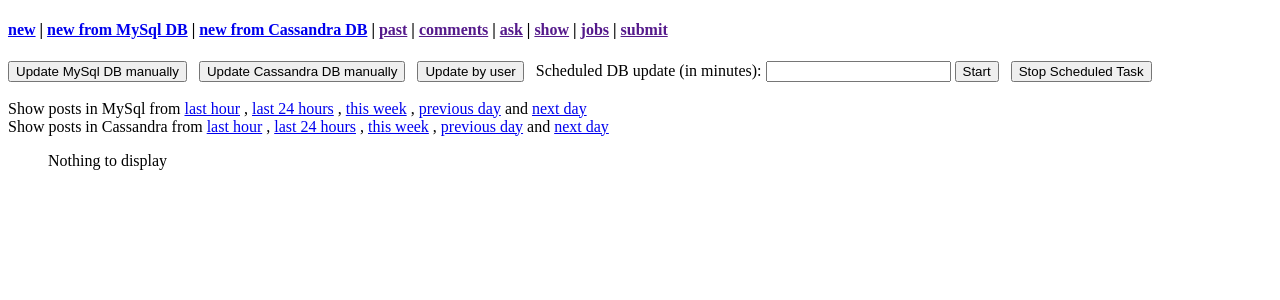
Repository: akshatmaheshwar/HackerNews-Clone
Page: http://localhost/HackerNews/dbnewest
The author's editor kept a copy of each file at every save. The page is drawn from the files as they stood at one save, then again after the next save.
The browser window is 1280 px wide. The pictures show the whole page.
The page is served by Tomcat 10. Other server files are loaded and not shown. Queries for data that is not in the repository find no rows.

Above is the page before, as saved 2023-10-19 04:42:47.

### HackerNews/src/main/webapp/newest.jsp
<%@ page language="java" contentType="text/html; charset=ISO-8859-1"
    pageEncoding="ISO-8859-1"%>
    <%@ page import="java.util.ArrayList" %>
    <%@ page import="java.util.Iterator" %>
    <%@ page import="java.net.URI" %>
    <%@ page import="java.util.Calendar"%>
    <%@ page import="com.example.newest.Posts" %>
<!DOCTYPE html>
<html>
<head>
<meta charset="ISO-8859-1">
<title>Hacker News</title>
</head>
<body>
<%!
String timeDiff(Long timeStamp){
	long epoch = System.currentTimeMillis()/1000;
	long difference = epoch - timeStamp;
	if(difference/86400>0)return (difference/86400) + " days ago";
	if(difference/3600>0) return (difference/3600) + " hours ago";
	if (difference/60>0) return (difference/60) + " minutes ago";
	return (difference) + " seconds ago";
}
String getDomainName(String url){
	URI uri;
	try{
		uri = new URI(url);
		String host = uri.getHost();
		String domainName = host.startsWith("www.") ? host.substring(4) : host;
		return "(" + domainName + ")";
	}catch(Exception e){

	}
	return "";
}
long getTimeStampLastHour(){
	Calendar c = Calendar.getInstance();
	c.setTimeInMillis(System.currentTimeMillis());
	c.add(Calendar.HOUR_OF_DAY,-1);
	return c.getTimeInMillis()/1000;
}
long getTimeStampLast24Hour(){
	Calendar c = Calendar.getInstance();
	c.setTimeInMillis(System.currentTimeMillis());
	c.add(Calendar.DAY_OF_MONTH,-1);
	return c.getTimeInMillis()/1000;
}
long getTimeStampThisWeek(){
	Calendar c = Calendar.getInstance();
	c.setTimeInMillis(System.currentTimeMillis());
    int daysUntilSunday = Calendar.SUNDAY - c.get(Calendar.DAY_OF_WEEK);
    daysUntilSunday = daysUntilSunday>0? daysUntilSunday - 7:daysUntilSunday;
    c.add(Calendar.DAY_OF_MONTH, daysUntilSunday);
    c.set(Calendar.HOUR_OF_DAY, 0);
    c.set(Calendar.MINUTE, 0);
    c.set(Calendar.SECOND, 0);
    c.set(Calendar.MILLISECOND, 0);
	return c.getTimeInMillis()/1000;
}
long getMidNight(int n){
	Calendar c = Calendar.getInstance();
	c.setTimeInMillis(System.currentTimeMillis());
	c.add(Calendar.DAY_OF_MONTH, n);
    c.set(Calendar.HOUR_OF_DAY, 0);
    c.set(Calendar.MINUTE, 0);
    c.set(Calendar.SECOND, 0);
    c.set(Calendar.MILLISECOND, 0);
	return c.getTimeInMillis()/1000;
}
%>
<h4> <a href ="newest">new</a>&nbsp;|&nbsp;<a href ="dbnewest">new from MySql DB</a>&nbsp;|&nbsp;<a href ="casdbnewest">new from Cassandra DB</a>&nbsp;|&nbsp;<a href ="">past</a>&nbsp;|&nbsp;<a href ="">comments</a>&nbsp;|&nbsp;<a href ="">ask</a>&nbsp;|&nbsp;<a href ="">show</a>&nbsp;|&nbsp;<a href ="">jobs</a>&nbsp;|&nbsp;<a href ="">submit</a></h4>
<% int startNo = 1;
int dateNav = 0;
String user = null;
if(request.getAttribute("pagination")!=null)startNo = (int)request.getAttribute("pagination")-29;
if(request.getAttribute("datenav")!=null)dateNav = (int)request.getAttribute("datenav");
if(request.getAttribute("user")!=null) user = (String)request.getAttribute("user");%>
	<div style="display: flex;">
	<form action="dbnewest" method="post"><input type="submit" value="Update MySql DB manually"></form> &nbsp; &nbsp;
	<form action="casdbnewest" method="post"><input type="submit" value="Update Cassandra DB manually"></form> &nbsp; &nbsp;
	<form action="casdbbasedonuser?user=<%=user%>" method="post"><input type="submit" value="Update by user"></form> &nbsp; &nbsp;
	<form action="scheduledservlet" method="post">
        Scheduled DB update (in minutes): <input type="text" name="intervalMinutes" required>
        <input type="submit" value="Start">
    </form> &nbsp; &nbsp;
    <form action="stopscheduledservlet" method="post"><input type="submit" value="Stop Scheduled Task"></form></div>

    <br>
    <div>Show posts in MySql from <a href = "dbnewest?fromtime=<%=getTimeStampLastHour()%>">last hour</a> , <a href = "dbnewest?fromtime=<%=getTimeStampLast24Hour()%>">last 24 hours</a> , <a href = "dbnewest?fromtime=<%=getTimeStampThisWeek()%>">this week</a> , <a href = "dbnewest?fromtime=<%=getMidNight(dateNav-1)%>&totime=<%=getMidNight(dateNav)%>&datenav=<%=dateNav-1%>">previous day</a> and <a href = "dbnewest?fromtime=<%=getMidNight(dateNav+1)%>&totime=<%=getMidNight(dateNav+2)%>&datenav=<%=dateNav+1%>">next day</a></div>
    <div>Show posts in Cassandra from <a href = "casdbnewest?fromtime=<%=getTimeStampLastHour()%>">last hour</a> , <a href = "casdbnewest?fromtime=<%=getTimeStampLast24Hour()%>">last 24 hours</a> , <a href = "casdbnewest?fromtime=<%=getTimeStampThisWeek()%>">this week</a> , <a href = "casdbnewest?fromtime=<%=getMidNight(dateNav-1)%>&totime=<%=getMidNight(dateNav)%>&datenav=<%=dateNav-1%>">previous day</a> and <a href = "casdbnewest?fromtime=<%=getMidNight(dateNav+1)%>&totime=<%=getMidNight(dateNav+2)%>&datenav=<%=dateNav+1%>">next day</a></div>
<ol start = <%=startNo%>>
     <%
    ArrayList<Posts> postList = (ArrayList<Posts>)request.getAttribute("postList");

    if (postList != null&&!postList.isEmpty()) {
        Iterator<Posts> iterator = postList.iterator();
        while (iterator.hasNext()) {
            Posts item = iterator.next();
%>
            <li><span><a href ="<%=item.getUrl()%>"><%= item.getTitle() %></a> <%= getDomainName(item.getUrl())%> </span>
            <p><%=item.getScore()%> point &nbsp; Posted by <%=item.getBy() %> &nbsp; <%= timeDiff(item.getTime()) %><%if(item.getKids()!=null&&item.getKids().size()>0){%> &nbsp; <a href = "postcomments?postId=<%=item.getId()%>"> <%=item.getKids().size()%> comments</a><%}%></p></li>
<%
        }
    }else{%>
    <p>Nothing to display</p>
    <%
    }%>
</ol>
<%if(request.getAttribute("pagination")!=null&&postList!=null&&!postList.isEmpty()){%> <a href = "dbnewest?<%if(request.getAttribute("fromtime")!=null){%>fromtime=<%=request.getAttribute("fromtime")%>&<%}%><%if(request.getAttribute("totime")!=null){%>totime=<%=request.getAttribute("totime")%>&<%}%><%if(dateNav!=0){%>datenav=<%=dateNav%>&<%}%>pagination=${pagination}"> More</a><%} %>
</body>
</html>

### HackerNews/src/main/java/com/example/newest/DBNewestServlet.java
package com.example.newest;

import jakarta.servlet.ServletException;
import jakarta.servlet.annotation.WebServlet;
import jakarta.servlet.http.HttpServlet;
import jakarta.servlet.http.HttpServletRequest;
import jakarta.servlet.http.HttpServletResponse;
import java.io.IOException;
import java.math.BigDecimal;
import java.net.URL;
import java.sql.Connection;
import java.sql.DriverManager;
import java.sql.PreparedStatement;
import java.sql.ResultSet;
import java.sql.SQLException;
import java.sql.Statement;
import java.sql.Timestamp;
import java.time.Instant;
import java.util.ArrayList;
import java.util.List;
import java.util.Scanner;

import javax.net.ssl.HttpsURLConnection;

import com.fasterxml.jackson.databind.ObjectMapper;
@WebServlet("/dbnewest")
public class DBNewestServlet extends HttpServlet {
	private static final long serialVersionUID = 1L;

    public DBNewestServlet() {
        super();
    }
	protected void doGet(HttpServletRequest request, HttpServletResponse response) throws ServletException, IOException {
		int pagination = 0;
		long fromTime = 0;
		long toTime = System.currentTimeMillis()/1000;
		int dateNav = 0;
		if(request.getParameter("pagination")!=null)pagination = Integer.parseInt(request.getParameter("pagination"));
		if(request.getParameter("fromtime")!=null) {
			fromTime = Long.parseLong(request.getParameter("fromtime"));
			request.setAttribute("fromtime", fromTime);
		}
		if(request.getParameter("totime")!=null) {
			toTime = Long.parseLong(request.getParameter("totime"));
			request.setAttribute("totime", toTime);
		}
		if(request.getParameter("datenav")!=null)dateNav = Integer.parseInt(request.getParameter("datenav"));
	    try {
			Class.forName("com.mysql.cj.jdbc.Driver");
		} catch (ClassNotFoundException e) {
			e.printStackTrace();
		}
	    try(Connection con = DriverManager.getConnection("jdbc:mysql://localhost:3306/HackerNews","root","root")){
	    	Statement st = con.createStatement();
	    	ResultSet rs = st.executeQuery("SELECT * FROM HackerNewsPost WHERE time BETWEEN "+fromTime+" AND "+toTime+" ORDER BY time DESC LIMIT 30 OFFSET " + pagination );
	    	List<Posts> postList = new ArrayList<Posts>();
	    	while(rs.next()) {
	    		Posts post = new Posts();
	    		List<Integer> kidsId = new ArrayList<>();

	            try (Statement st1 = con.createStatement();
	                 ResultSet rs1 = st1.executeQuery("SELECT id FROM HackerNewsComments WHERE parent_id = " + rs.getInt("id"))) {

	                while (rs1.next()) {
	                    kidsId.add(rs1.getInt("id"));
	                }
	            }
	    		post.setKids(kidsId);
	    		post.setId(rs.getInt("id"));
	    		post.setBy(rs.getString("posted_by"));
	    		post.setDescendants(rs.getInt("descendants"));
	    		post.setScore(rs.getInt("score"));
	    		post.setText(rs.getString("text"));
	    		post.setTime(rs.getLong("time"));
	    		post.setTitle(rs.getString("title"));
	    		post.setType(rs.getString("type"));
	    		post.setUrl(rs.getString("url"));
	    		postList.add(post);
	    	}
	    	request.setAttribute("postList", postList);
	    }catch(Exception e) {e.printStackTrace();}
	    request.setAttribute("pagination", pagination+30);
	    request.setAttribute("datenav", dateNav);
        request.getRequestDispatcher("/newest.jsp").forward(request, response);

	}

	protected void doPost(HttpServletRequest request, HttpServletResponse response) throws ServletException, IOException {

		URL urlObj = new URL("https://hacker-news.firebaseio.com/v0/newstories.json?print=pretty");
		HttpsURLConnection connection = (HttpsURLConnection) urlObj.openConnection();
		connection.setRequestMethod("GET");
		int responseCode = connection.getResponseCode();

		if(responseCode == HttpsURLConnection.HTTP_OK) {
			StringBuilder sb = new StringBuilder();
			Scanner sc = new Scanner(connection.getInputStream());

			while(sc.hasNext())sb.append(sc.nextLine());
			sc.close();

			ObjectMapper om = new ObjectMapper();
			@SuppressWarnings("unchecked")
			List<Integer> jsonArr = om.readValue(sb.toString(),List.class);
			List<Posts> postList = new ArrayList<Posts>();

			for(int i=0;i<30;i++) {
				URL urlObj1 = new URL("https://hacker-news.firebaseio.com/v0/item/"+jsonArr.get(i)+".json?print=pretty");
				HttpsURLConnection connection1 = (HttpsURLConnection) urlObj1.openConnection();
				connection1.setRequestMethod("GET");
				int responseCode1 = connection1.getResponseCode();

				if(responseCode1 == HttpsURLConnection.HTTP_OK) {
					StringBuilder sb1 = new StringBuilder();
					Scanner sc1 = new Scanner(connection1.getInputStream());

					while(sc1.hasNext())sb1.append(sc1.nextLine());
					sc1.close();

					ObjectMapper om1 = new ObjectMapper();
					try{
						Posts post = om1.readValue(sb1.toString(),Posts.class);
						postList.add(post);
					}catch(Exception e) {
						System.out.println(e);
					}
				}
			}
			try {
			    Class.forName("com.mysql.cj.jdbc.Driver");
			} catch (ClassNotFoundException e) {
			    e.printStackTrace();
			}
			try(Connection con = DriverManager.getConnection("jdbc:mysql://localhost:3306/HackerNews","root","root")){
				try(PreparedStatement pst = con.prepareStatement("INSERT IGNORE INTO HackerNewsPost(id,posted_by,descendants,score,text,time,title,type,url) values(?,?,?,?,?,?,?,?,?)")){
					for(Posts post : postList) {
						pst.setInt(1, post.getId());
						pst.setString(2, post.getBy());
						pst.setInt(3, post.getDescendants());
						pst.setInt(4, post.getScore());
						pst.setString(5, post.getText());
						pst.setBigDecimal(6, new BigDecimal(post.getTime()));
						pst.setString(7,post.getTitle());
						pst.setString(8, post.getType());
						pst.setString(9,post.getUrl());
						pst.executeUpdate();
					}
					System.out.println("Updated DB successfully!");
				}catch(Exception e) {e.printStackTrace();}
			}catch(Exception e) {e.printStackTrace();}
			request.setAttribute("postList", postList);
			request.getRequestDispatcher("/comments").forward(request, response);
//			response.sendRedirect("dbnewest");
		}
	}

}

After the next save:
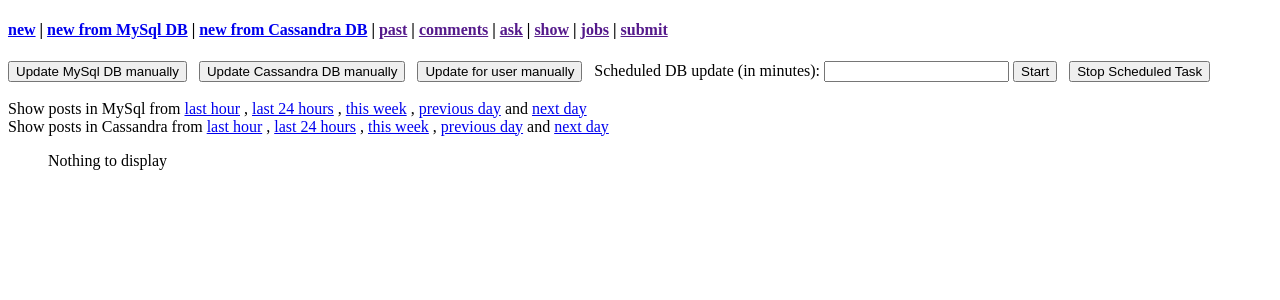
Saved 1 s later.
--- a/HackerNews/src/main/webapp/newest.jsp
+++ b/HackerNews/src/main/webapp/newest.jsp
@@ -78,7 +78,7 @@ if(request.getAttribute("user")!=null) user = (String)request.getAttribute("user
 	<div style="display: flex;">
 	<form action="dbnewest" method="post"><input type="submit" value="Update MySql DB manually"></form> &nbsp; &nbsp;
 	<form action="casdbnewest" method="post"><input type="submit" value="Update Cassandra DB manually"></form> &nbsp; &nbsp;
-	<form action="casdbbasedonuser?user=<%=user%>" method="post"><input type="submit" value="Update by user"></form> &nbsp; &nbsp;
+	<form action="casdbbasedonuser?user=<%=user%>" method="post"><input type="submit" value="Update for user manually"></form> &nbsp; &nbsp;
 	<form action="scheduledservlet" method="post">
         Scheduled DB update (in minutes): <input type="text" name="intervalMinutes" required>
         <input type="submit" value="Start">
